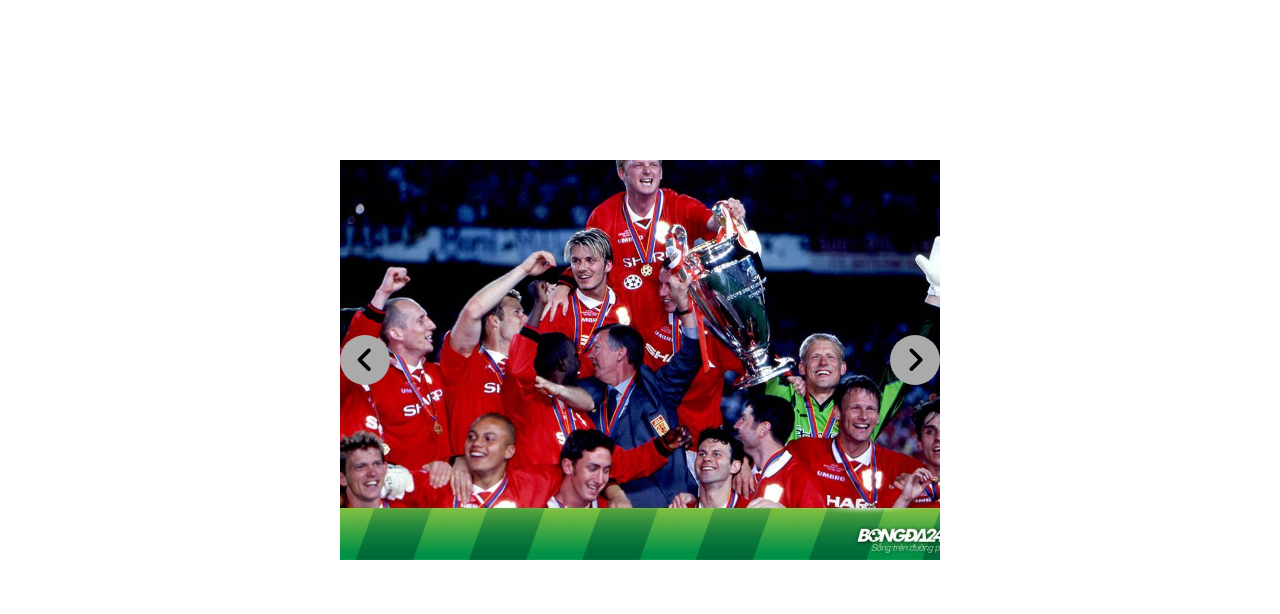
Repository: HoanTiny/slideShow
Page: index.html
An editor plug-in stored every save of this project. The page is shown before and after the next save, followed by the edit.
The browser window is 1280 px wide. The pictures show the whole page.
Some web libraries are served in a nearby version.

Above is the page before, as saved 2022-08-18 14:58:27.
Console error: TypeError: Cannot read properties of undefined (reading 'className')

### index.html
<!DOCTYPE html>
<html lang="en">
    <head>
        <meta charset="UTF-8" />
        <meta http-equiv="X-UA-Compatible" content="IE=edge" />
        <meta name="viewport" content="width=device-width, initial-scale=1.0" />
        <title>Document</title>
        <link rel="stylesheet" href="./acssets/css/style.css" />
        <link
            rel="stylesheet"
            href="https://cdnjs.cloudflare.com/ajax/libs/font-awesome/6.1.1/css/all.min.css"
        />
    </head>
    <body>
        <div class="slider">
            <i
                class="fa fa-angle-left left-btn"
                onclick="makeSlideshow(-1);"
            ></i>
            <div class="slider-main">
                <div class="slides">
                    <img src="./acssets/img/mU.jpg" alt="" class="slide" />
                    <img src="./acssets/img/logo.jpg" alt="" class="slide" />
                    <img src="./acssets/img/manU.jpg" alt="" class="slide" />
                    <img src="./acssets/img/logo.jpg" alt="" class="slide" />
                    <img src="./acssets/img/mU.jpg" alt="" class="slide" />
                </div>
            </div>
            <i
                class="fa fa-angle-right right-btn"
                onclick="makeSlideshow(1)"
            ></i>
            <div style="text-align: center" class="dot-main">
                <!-- <span class="dot"></span>
                <span class="dot"></span>
                <span class="dot"></span>
                <span class="dot"></span>
                <span class="dot"></span> -->
            </div>
        </div>

        <script src="./acssets/js/index.js"></script>
    </body>
</html>

### acssets/css/style.css
* {
    box-sizing: border-box;
}
body {
    font-family: Verdana, sans-serif;
    margin: 0;
    display: flex;
    justify-content: center;
    align-items: center;
    min-height: 100vh;
    flex-direction: column;
}

.slider {
    width: 600px;
    height: 400px;
    position: relative;
}
.left-btn {
    position: absolute;
    top: 50%;
    left: 0;
    transform: translateY(-50%);
    border-radius: 50%;
    background: rgb(170, 170, 170);
    cursor: pointer;
    font-size: 30px;
    text-align: center;
    padding: 10px;
    width: 50px;
    height: 50px;
    z-index: 1;
}
.left-btn.disabled,
.right-btn.disabled {
    background: transparent;
    cursor: default;
    color: rgb(170, 170, 170);
}

.right-btn {
    position: absolute;
    top: 50%;
    right: 0;
    transform: translateY(-50%);
    border-radius: 50%;
    background: rgb(170, 170, 170);
    cursor: pointer;
    font-size: 30px;
    text-align: center;
    padding: 10px;
    width: 50px;
    height: 50px;
}

.slider-main {
    width: 100%;
    height: 100%;
    overflow: hidden;
}
.slides {
    display: flex;
    transition: 1s all;
}
img.slide {
    width: 600px;
    height: 400px;
    object-fit: cover;
}

.mySlides {
    width: 100%;
    height: 100%;
}

.dot {
    cursor: pointer;
    height: 15px;
    width: 15px;
    margin: 0 2px;
    background-color: #bbb;
    border-radius: 50%;
    display: inline-block;
    transition: background-color 0.6s ease;
}

.active,
.dot:hover {
    background-color: #717171;
}

.fade {
    animation-name: fade;
    animation-duration: 1.5s;
}

@keyframes fade {
    from {
        opacity: 0.4;
    }
    to {
        opacity: 1;
    }
}

### acssets/js/index.js
const widthImg = 600;
const slides = document.querySelector(".slides");
const leftBtn = document.querySelector(".left-btn");
const rightBtn = document.querySelector(".right-btn");
const dotMain = document.querySelector(".dot-main");
const dots = document.querySelectorAll(".dot");
const img = document.querySelectorAll(".slide");
slides.style.width = `${widthImg * img.length}px`;
let index = 0;
let slideIndex = 1;
makeSlideshow(slideIndex);

// add dot auto
function addDot() {
    for (let i = 0; i < img.length; i++) {
        const dot = document.createElement("div");
        dot.classList.add("dot");
        dotMain.appendChild(dot);
    }
}
//  run function addDot() when page load
window.addEventListener("load", addDot);

function makeSlideshow(n) {
    if (n === 1) {
        if (index >= img.length - 1) {
            index = 0;
        } else {
            index++;
        }
        for (i = 0; i < dots.length; i++) {
            dots[i].className = dots[i].className.replace(" active", "");
        }
        dots[index].className += " active";
        slides.style.transform = `translateX(-${widthImg * index}px)`;
    } else if (n === -1) {
        if (index <= 0) {
            index = img.length - 1;
        } else {
            index--;
        }
        for (i = 0; i < dots.length; i++) {
            dots[i].className = dots[i].className.replace(" active", "");
        }
        dots[index].className += " active";
        slides.style.transform = `translateX(-${widthImg * index}px)`;
    }
    dots.forEach((dot, indexdot) => {
        dot.addEventListener("click", () => {
            for (i = 0; i < dots.length; i++) {
                dots[i].className = dots[i].className.replace(" active", "");
            }
            dots[indexdot].className += " active";
            slides.style.transform = `translateX(-${widthImg * indexdot}px)`;
        });
    });
}
// setInterval(() => {
//     makeSlideshow(true);
// }, 5000);

After the next save:
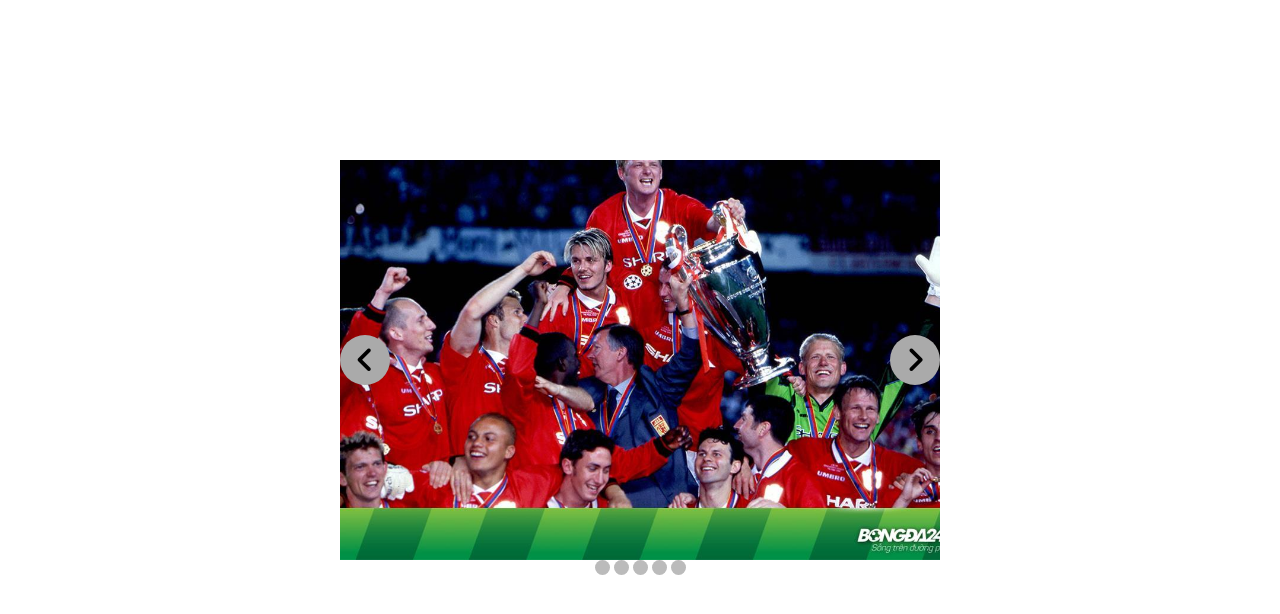
Saved 10 s later.
--- a/acssets/js/index.js
+++ b/acssets/js/index.js
@@ -1,3 +1,5 @@
+window.addEventListener("load", addDot);
+
 const widthImg = 600;
 const slides = document.querySelector(".slides");
 const leftBtn = document.querySelector(".left-btn");
@@ -19,7 +21,6 @@
     }
 }
 //  run function addDot() when page load
-window.addEventListener("load", addDot);
 
 function makeSlideshow(n) {
     if (n === 1) {
